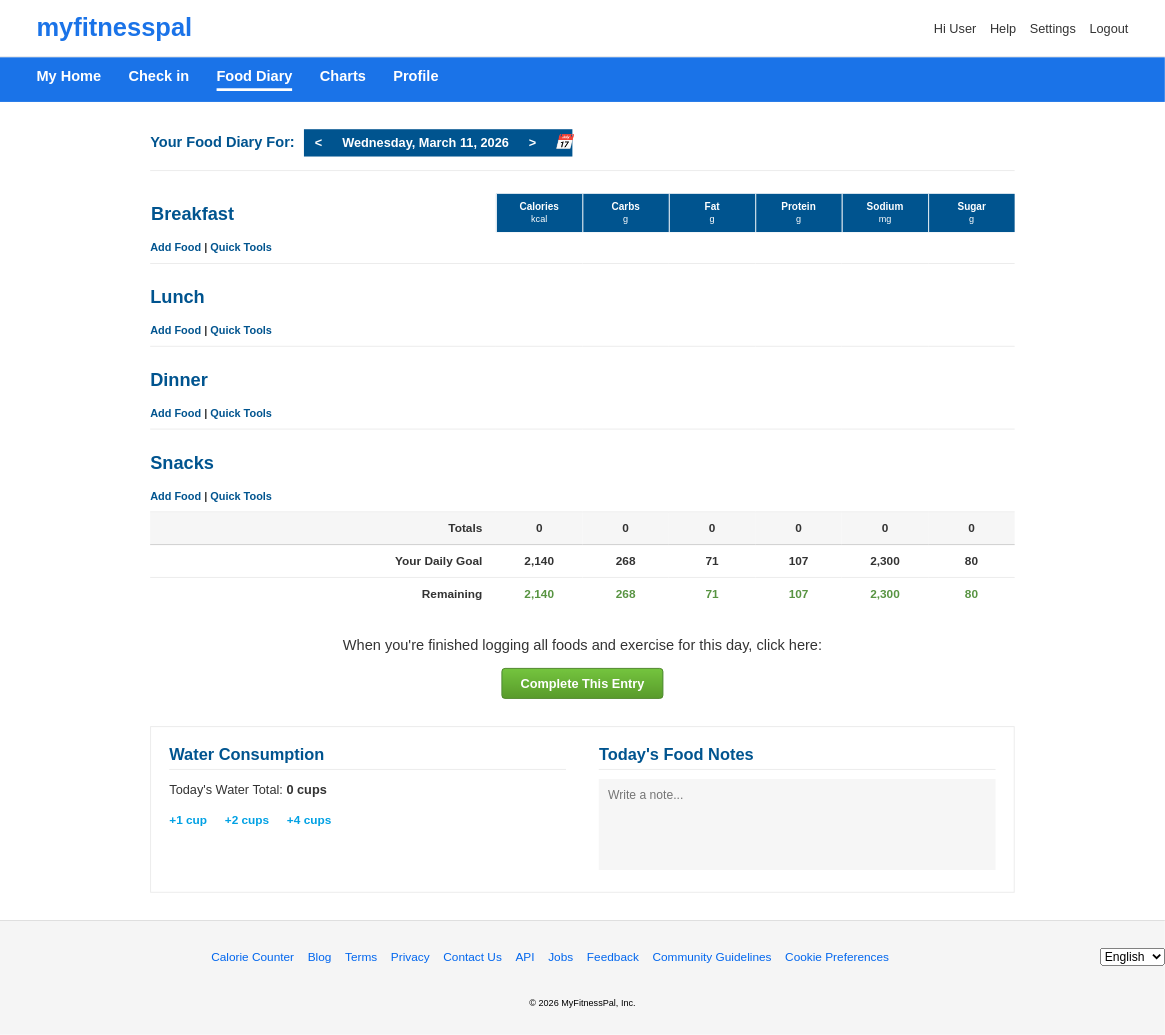
Repository: kem85/Web-Project
Page: Food-Diary.html
These files come from the project's save history. The page is drawn as it stood at one moment and after the next save; the edit follows.
The browser window is 1280 px wide. The pictures show the whole page, at 91% of full size.

Above is the page before, as saved 2026-03-11 15:13:06.

After the next save:
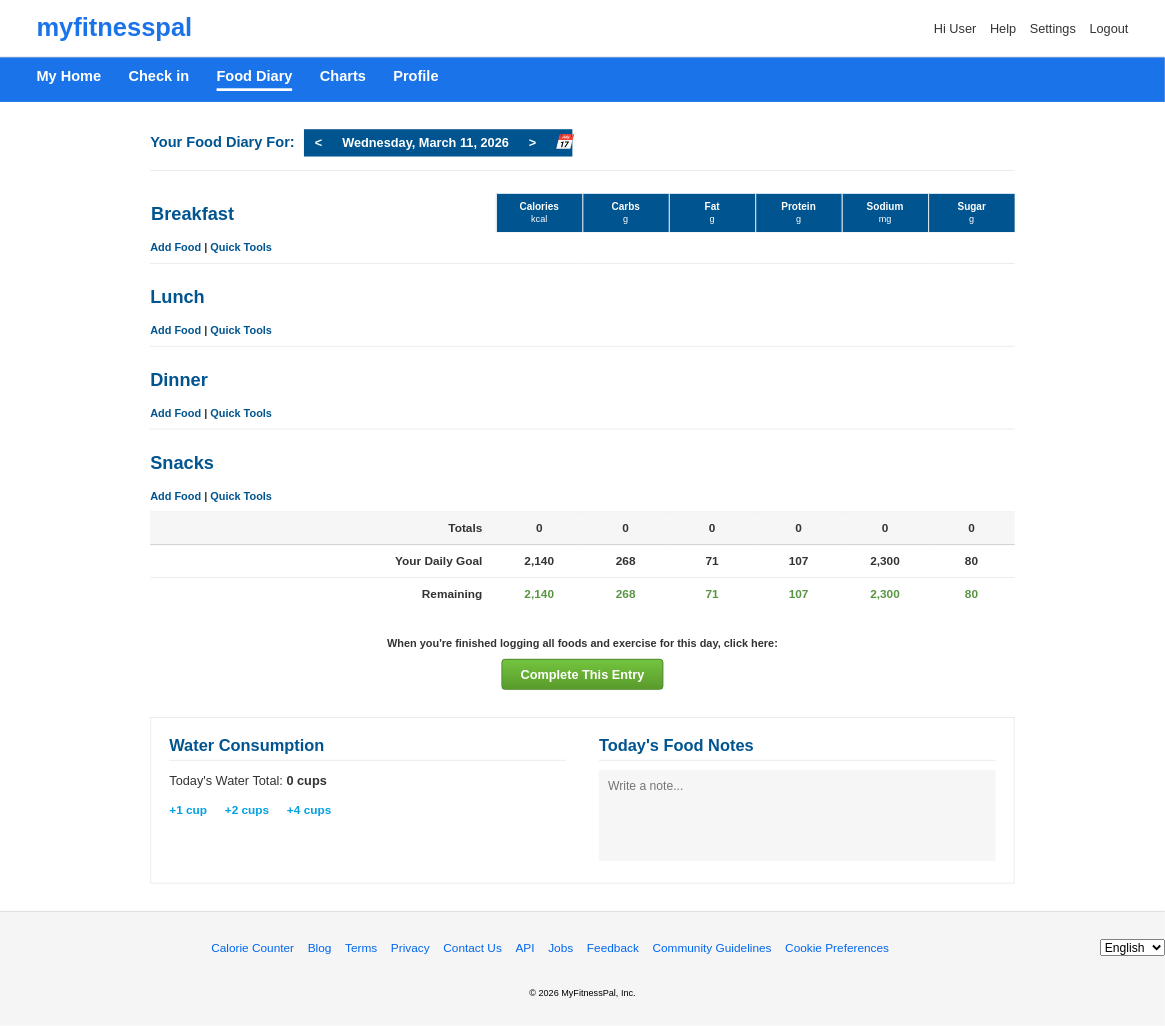
Saved 17 s later.
--- a/style.css
+++ b/style.css
@@ -311,6 +311,11 @@
 .complete-entry {
   text-align: center;
   margin: 30px 0;
+}
+.complete-text {
+  font-size: 12px;
+  font-weight: bold;
+  margin-bottom: 10px;
 }
 
 .btn-complete {
